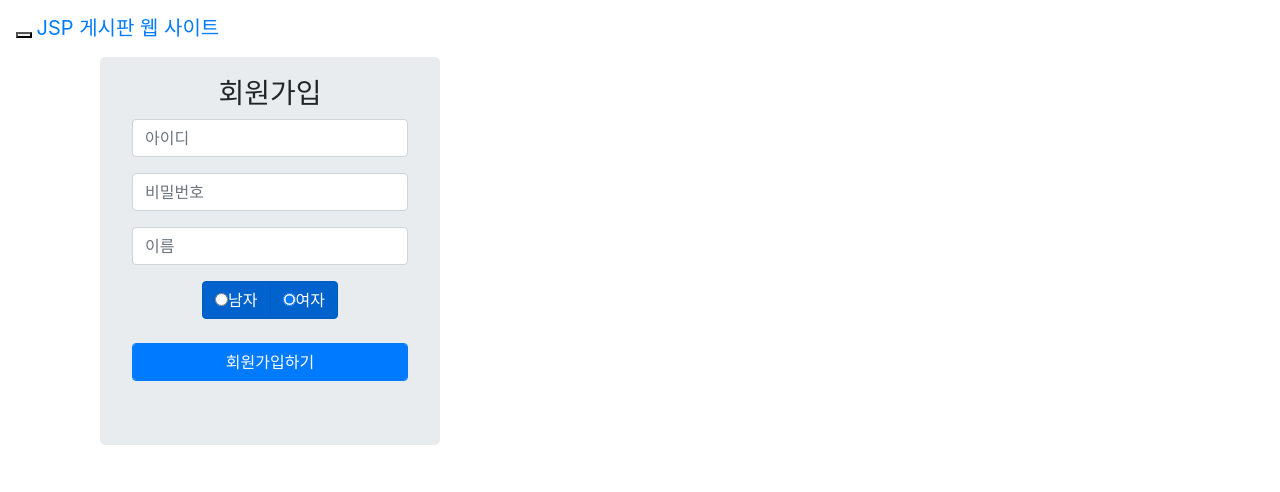
Repository: hz6450/2024-summer-jsp-notice-project
Page: http://localhost/BBS/join.jsp
An editor plug-in stored every save of this project. The page is shown before and after the next save, followed by the edit.
The browser window is 1280 px wide. The pictures show the whole page.
Some web libraries are served in a nearby version. The page is served by Tomcat 10.

Above is the page before, as saved 2024-07-10 07:12:31.

After the next save:
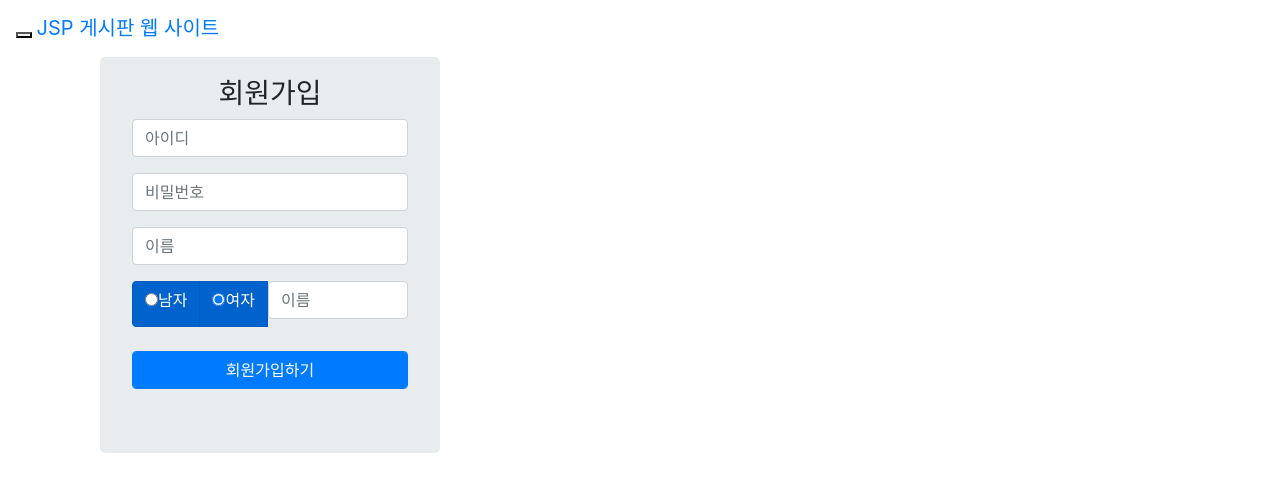
Saved 18 s later.
--- a/projects/BBS/src/main/webapp/join.jsp
+++ b/projects/BBS/src/main/webapp/join.jsp
@@ -64,6 +64,10 @@
                                 <label class="btn btn-primary active">
                                     <input type="radio" name="userGender" autocomplete="off" value="여자" checked>여자
                                 </label>
+                                <div class="form-group">
+                                    <input type="password" class="form-control" placeholder="이름" name="userPassword"
+                                        maxlength="20">
+                                </div>
                             </div>
                         </div>
                         <input type="submit" class="btn btn-primary form-control" value="회원가입하기">
